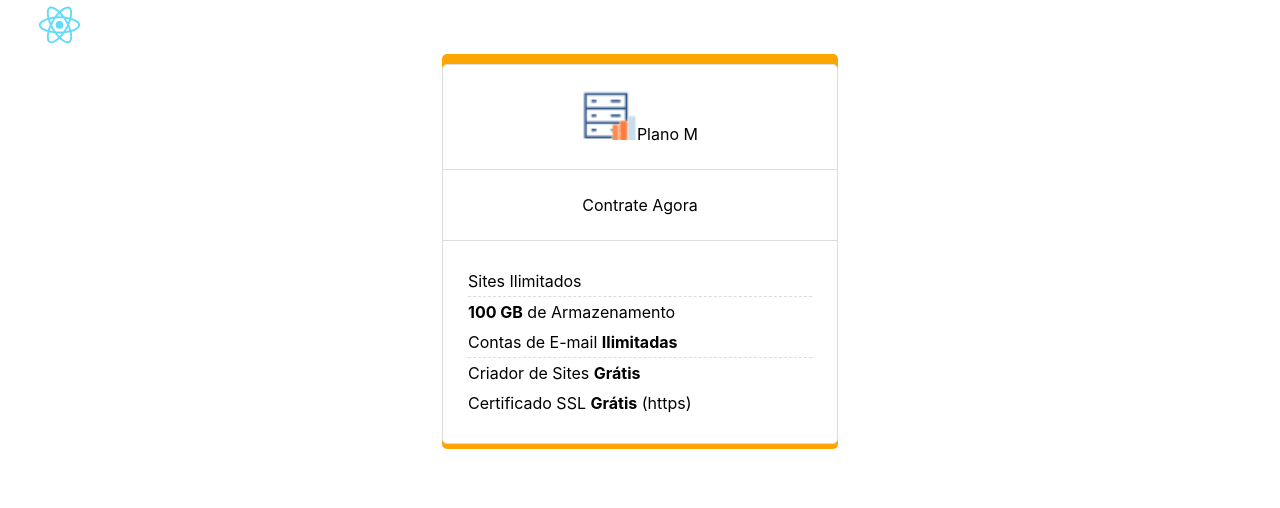
Repository: gatomazi/hostgatorFrontend
Page: /
The author's editor kept a copy of each file at every save. The page is drawn from the files as they stood at one save, then again after the next save.
The browser window is 1280 px wide. The pictures show the whole page.
The project was rebuilt for these pictures with package versions that can differ from the ones it lists, and the page was loaded fresh each time.

Above is the page before, as saved 2020-01-24 11:25:30.

### src/App.js
import React from "react";

import "./App.css";
import Topbar from "./components/Topbar";
import Plano from "./components/Plano";
function App() {
  return (
    <div className="App">
      <Topbar />
      <Plano />
    </div>
  );
}

export default App;

### src/components/Topbar.js
import React from "react";

import logo from "../logo.svg";
// import { Link } from "react-router-dom";

import { makeStyles } from "@material-ui/core/styles";
import Grid from "@material-ui/core/Grid";
import Container from "@material-ui/core/Container";

const useStyles = makeStyles(theme => ({
  root: {
    flexGrow: 1
  }
}));

const Topbar = () => {
  const classes = useStyles();
  return (
    <div className={classes.root}>
      <Container maxWidth="lg">
        <Grid item xs={12} style={{ textAlign: "left" }}>
          <img
            style={{ height: 50 }}
            src={logo}
            className="Navbar-logo"
            alt="logo"
          />
        </Grid>
      </Container>
    </div>
  );
};

export default Topbar;

### src/components/Plano.js
import React from "react";
import "./Plano.scss";

import Grid from "@material-ui/core/Grid";
import Container from "@material-ui/core/Container";

import iconPlan from "../assets/icon.png";

const Plano = () => {
  return (
    <div className="root">
      <Container maxWidth="xs">
        <Grid className="orangePlanBg" item xs={12}>
          <div className="planCard">
            <div>
              <img
                style={{ height: 50 }}
                src={iconPlan}
                className="Navbar-logo"
                alt="logo"
              />
              Plano M
            </div>
            <div className="insideDivisor">Contrate Agora</div>
            <div style={{ textAlign: "left" }}>
              <span>Sites Ilimitados</span>
              <span>
                <b>100 GB</b> de Armazenamento
              </span>
              <span>
                Contas de E-mail <b>Ilimitadas</b>
              </span>
              <span>
                Criador de Sites <b>Grátis</b>
              </span>
              <span>
                Certificado SSL <b>Grátis</b> (https)
              </span>
            </div>
          </div>
        </Grid>
      </Container>
    </div>
  );
};

const borderColor = "#ddd";

export default Plano;

### src/components/Plano.scss
.root {
  flex-grow: 1;
}
.orangePlanBg {
  background-color: orange;
  padding-bottom: 5px;
  padding-top: 10px;
  border-radius: 5px;
}
.planCard {
  background-color: #fff;
  border: 1px solid #ddd;
  border-radius: 5px;
  div {
    padding: 25px;
    span {
      display: block;
    }
    &:last-child {
      span {
        padding: 5px 0px;
        &:first-child,
        &:nth-child(3) {
          border-bottom: dashed 0.8px #ddd;
        }
      }
    }
  }
}

.insideDivisor {
  border-bottom: 0.5px;
  border-bottom-color: #ddd;
  border-bottom-style: solid;
  /* border-bottom: 0.5; */
  border-top: 0.5px;
  border-top-color: #ddd;
  border-top-style: solid;
  /* border-top: 0.5; */
}

Loaded but not shown: public/index.html (common file); src/index.js (common file); src/index.css (common file); src/serviceWorker.js (common file); src/App.css (common file)

After the next save:
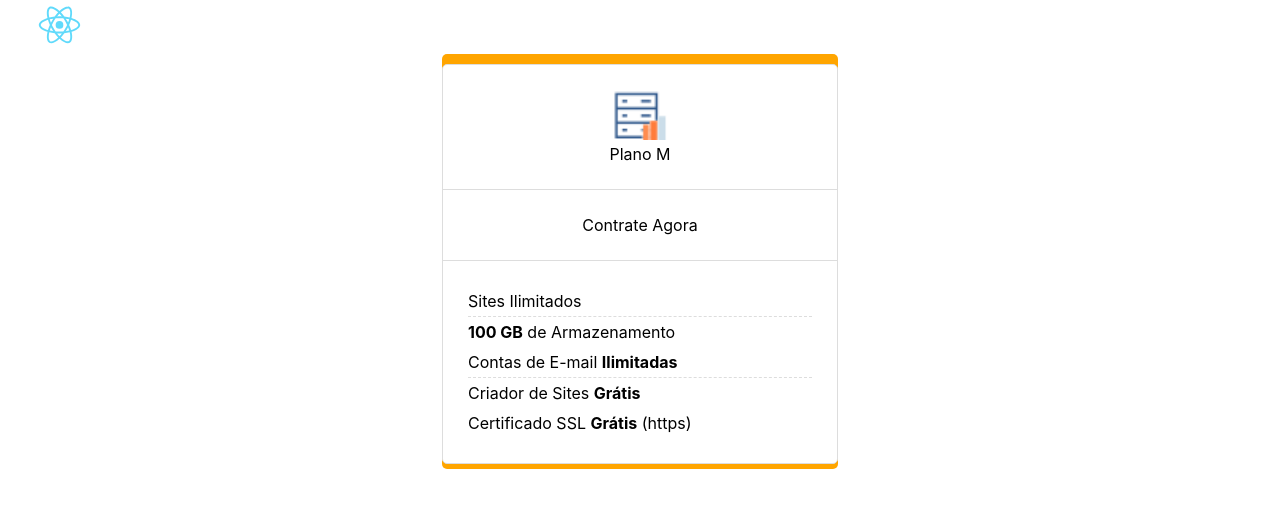
Saved 9 s later.
--- a/src/components/Plano.js
+++ b/src/components/Plano.js
@@ -19,7 +19,7 @@ const Plano = () => {
                 className="Navbar-logo"
                 alt="logo"
               />
-              Plano M
+              <span>Plano M</span>
             </div>
             <div className="insideDivisor">Contrate Agora</div>
             <div style={{ textAlign: "left" }}>
